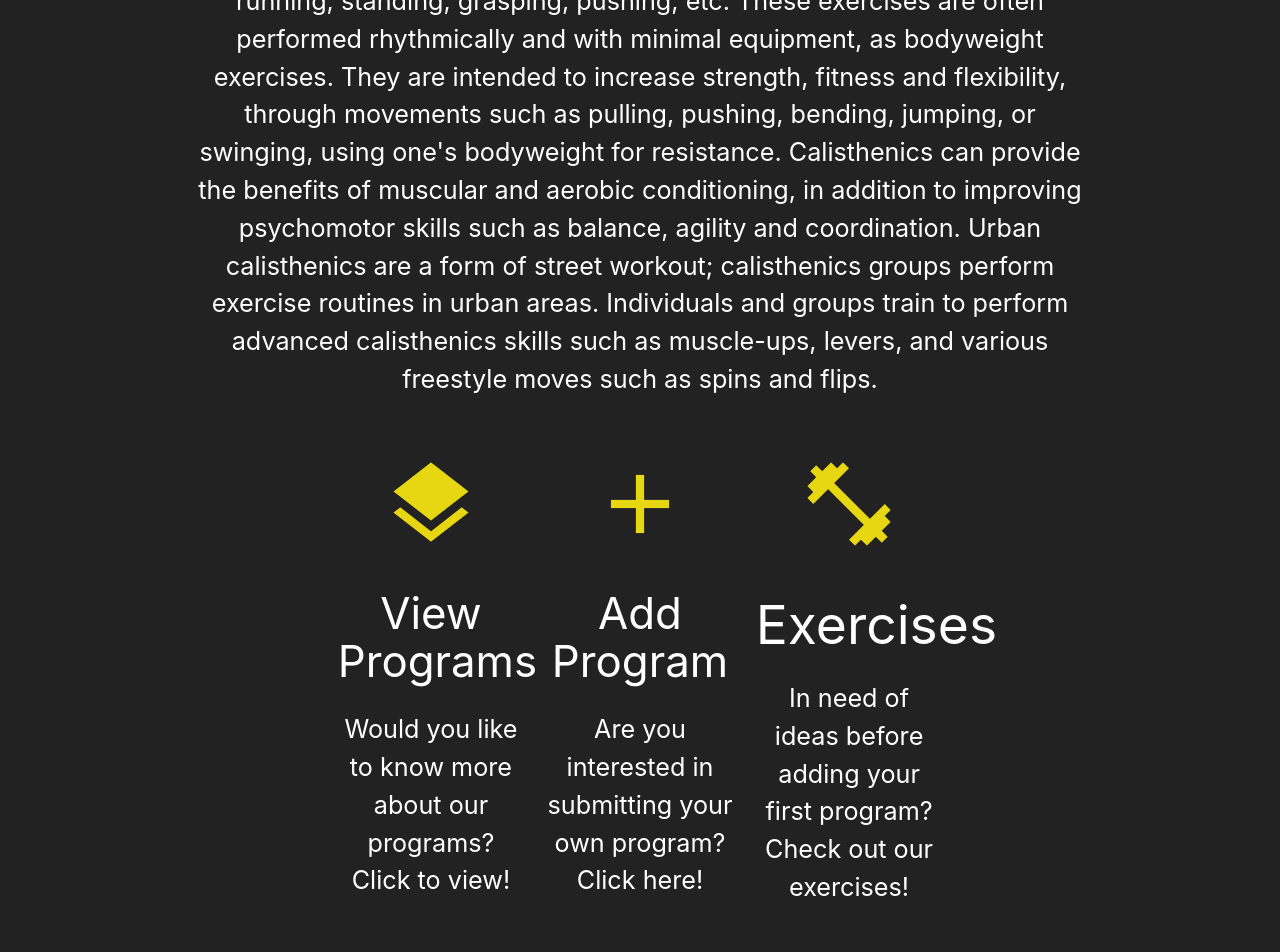
Repository: Ario124/calisthenics-project
Page: http://localhost/
The author's editor kept a record of every edit. The page is drawn from the files as they stood at one moment, then again after the next edit.
The browser window is 1280 px wide. The pictures show the part of the page from y = 1013 to 1965 px (the page is 1965 px tall before and 1958 px after).
The page is served by the project's application, run on Flask 3 (app.py).

Above is the page before.

After the next edit:
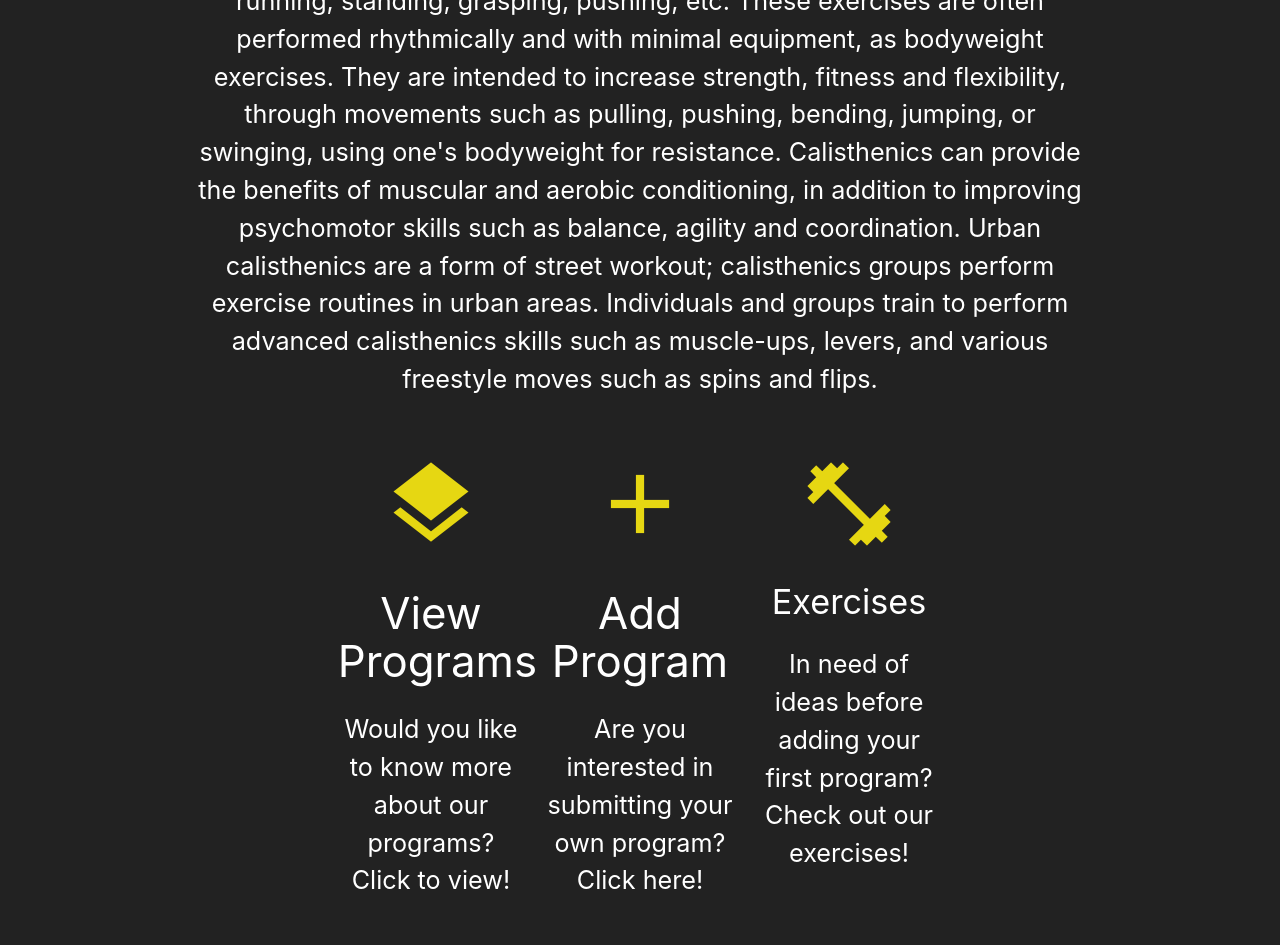
The edit:
--- a/templates/index.html
+++ b/templates/index.html
@@ -64,7 +64,7 @@
       </div>
       <div class="col s4">
           <i class="material-icons icon-size icon-color">fitness_center</i>
-        <h2>Exercises</h2>
+        <h4>Exercises</h4>
         <p class="flow-text">In need of ideas before adding your first program? Check out our exercises!</p>
       </div>
 
